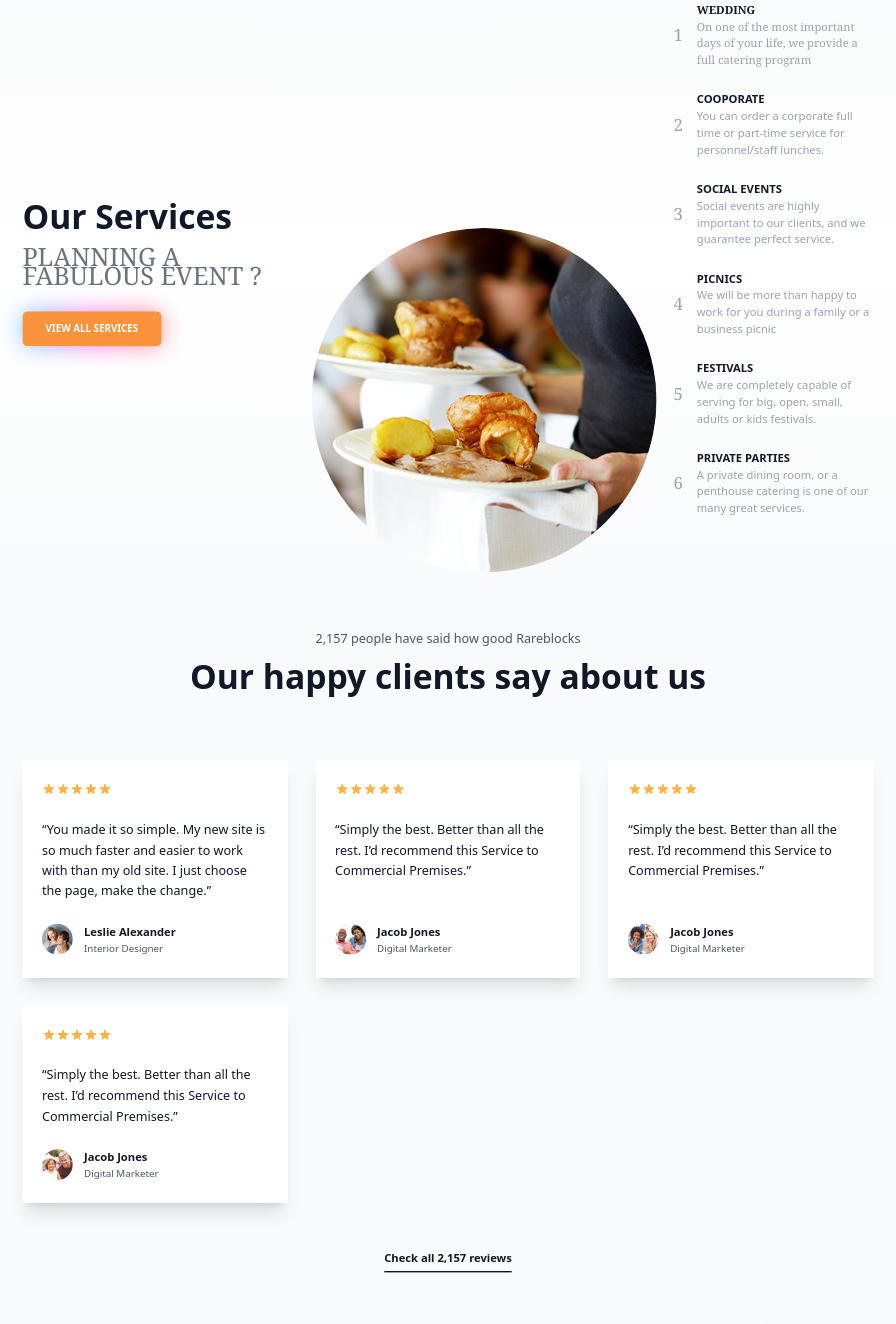
Repository: remydev47/Catering
Page: /
These files come from the project's save history. The page is drawn as it stood at one moment and after the next save; the edit follows.
The browser window is 1280 px wide. The pictures show the part of the page from y = 3284 to 5204 px (the page is 5175 px tall before and 5204 px after), at 70% of full size.
The project was rebuilt for these pictures with package versions that can differ from the ones it lists, and the page was loaded fresh each time. The framework's server and built-in components were replaced by stand-ins that run in the browser. Also part of the build but not shown: next.config.js.

Above is the page before, as saved 2022-12-09 14:19:58.

### pages/_app.tsx
import '../styles/globals.css'
import type { AppProps } from 'next/app'
import Navbar from '../components/Navbar'

export default function App({ Component, pageProps }: AppProps) {
  return (
   <>
     <Navbar />
     <Component {...pageProps} />
   </>
  )
}

### components/Testimonials.tsx
import React from 'react'

const Testimonials = () => {
  return (
    <section className="py-12 bg-gray-50 sm:py-16 lg:py-20">
    <div className="px-4 mx-auto max-w-7xl sm:px-6 lg:px-8">
        <div className="flex flex-col items-center">
            <div className="text-center">
                <p className="text-lg font-medium text-gray-600 font-pj">2,157 people have said how good Rareblocks</p>
                <h2 className="mt-4 text-3xl font-bold text-gray-900 sm:text-4xl xl:text-5xl font-pj">Our happy clients say about us</h2>
            </div>

            <div className="mt-8 text-center md:mt-16 md:order-3">
                <a href="#" title="" className="pb-2 text-base font-bold leading-7 text-gray-900 transition-all duration-200 border-b-2 border-gray-900 hover:border-gray-600 font-pj focus:outline-none focus:ring-1 focus:ring-gray-900 focus:ring-offset-2 hover:text-gray-600"> Check all 2,157 reviews </a>
            </div>

            <div className="relative mt-10 md:mt-24 md:order-2">
                <div className="absolute -inset-x-1 inset-y-16 md:-inset-x-2 md:-inset-y-6">
                    <div className="w-full h-full max-w-5xl mx-auto rounded-3xl opacity-30 blur-lg filter"></div>
                </div>


                <div className="relative grid max-w-lg grid-cols-1 gap-6 mx-auto md:max-w-none lg:gap-10 md:grid-cols-3">
                    <div className="flex flex-col overflow-hidden shadow-xl">
                        <div className="flex flex-col justify-between flex-1 p-6 bg-white lg:py-8 lg:px-7">
                            <div className="flex-1">
                                <div className="flex items-center">
                                    <svg className="w-5 h-5 text-[#FDB241]" xmlns="http://www.w3.org/2000/svg" viewBox="0 0 20 20" fill="currentColor">
                                        <path
                                            d="M9.049 2.927c.3-.921 1.603-.921 1.902 0l1.07 3.292a1 1 0 00.95.69h3.462c.969 0 1.371 1.24.588 1.81l-2.8 2.034a1 1 0 00-.364 1.118l1.07 3.292c.3.921-.755 1.688-1.54 1.118l-2.8-2.034a1 1 0 00-1.175 0l-2.8 2.034c-.784.57-1.838-.197-1.539-1.118l1.07-3.292a1 1 0 00-.364-1.118L2.98 8.72c-.783-.57-.38-1.81.588-1.81h3.461a1 1 0 00.951-.69l1.07-3.292z"
                                        />
                                    </svg>
                                    <svg className="w-5 h-5 text-[#FDB241]" xmlns="http://www.w3.org/2000/svg" viewBox="0 0 20 20" fill="currentColor">
                                        <path
                                            d="M9.049 2.927c.3-.921 1.603-.921 1.902 0l1.07 3.292a1 1 0 00.95.69h3.462c.969 0 1.371 1.24.588 1.81l-2.8 2.034a1 1 0 00-.364 1.118l1.07 3.292c.3.921-.755 1.688-1.54 1.118l-2.8-2.034a1 1 0 00-1.175 0l-2.8 2.034c-.784.57-1.838-.197-1.539-1.118l1.07-3.292a1 1 0 00-.364-1.118L2.98 8.72c-.783-.57-.38-1.81.588-1.81h3.461a1 1 0 00.951-.69l1.07-3.292z"
                                        />
                                    </svg>
                                    <svg className="w-5 h-5 text-[#FDB241]" xmlns="http://www.w3.org/2000/svg" viewBox="0 0 20 20" fill="currentColor">
                                        <path
                                            d="M9.049 2.927c.3-.921 1.603-.921 1.902 0l1.07 3.292a1 1 0 00.95.69h3.462c.969 0 1.371 1.24.588 1.81l-2.8 2.034a1 1 0 00-.364 1.118l1.07 3.292c.3.921-.755 1.688-1.54 1.118l-2.8-2.034a1 1 0 00-1.175 0l-2.8 2.034c-.784.57-1.838-.197-1.539-1.118l1.07-3.292a1 1 0 00-.364-1.118L2.98 8.72c-.783-.57-.38-1.81.588-1.81h3.461a1 1 0 00.951-.69l1.07-3.292z"
                                        />
                                    </svg>
                                    <svg className="w-5 h-5 text-[#FDB241]" xmlns="http://www.w3.org/2000/svg" viewBox="0 0 20 20" fill="currentColor">
                                        <path
                                            d="M9.049 2.927c.3-.921 1.603-.921 1.902 0l1.07 3.292a1 1 0 00.95.69h3.462c.969 0 1.371 1.24.588 1.81l-2.8 2.034a1 1 0 00-.364 1.118l1.07 3.292c.3.921-.755 1.688-1.54 1.118l-2.8-2.034a1 1 0 00-1.175 0l-2.8 2.034c-.784.57-1.838-.197-1.539-1.118l1.07-3.292a1 1 0 00-.364-1.118L2.98 8.72c-.783-.57-.38-1.81.588-1.81h3.461a1 1 0 00.951-.69l1.07-3.292z"
                                        />
                                    </svg>
                                    <svg className="w-5 h-5 text-[#FDB241]" xmlns="http://www.w3.org/2000/svg" viewBox="0 0 20 20" fill="currentColor">
                                        <path
                                            d="M9.049 2.927c.3-.921 1.603-.921 1.902 0l1.07 3.292a1 1 0 00.95.69h3.462c.969 0 1.371 1.24.588 1.81l-2.8 2.034a1 1 0 00-.364 1.118l1.07 3.292c.3.921-.755 1.688-1.54 1.118l-2.8-2.034a1 1 0 00-1.175 0l-2.8 2.034c-.784.57-1.838-.197-1.539-1.118l1.07-3.292a1 1 0 00-.364-1.118L2.98 8.72c-.783-.57-.38-1.81.588-1.81h3.461a1 1 0 00.951-.69l1.07-3.292z"
                                        />
                                    </svg>
                                </div>

                                <blockquote className="flex-1 mt-8">
                                    <p className="text-lg leading-relaxed text-gray-900 font-pj">“You made it so simple. My new site is so much faster and easier to work with than my old site. I just choose the page, make the change.”</p>
                                </blockquote>
                            </div>

                            <div className="flex items-center mt-8">
                                <img className="flex-shrink-0 object-cover rounded-full w-11 h-11" src="/images/test1.jpg" alt="" />
                                <div className="ml-4">
                                    <p className="text-base font-bold text-gray-900 font-pj">Leslie Alexander</p>
                                    <p className="mt-0.5 text-sm font-pj text-gray-600">Interior Designer</p>
                                </div>
                            </div>
                        </div>
                    </div>

                    <div className="flex flex-col overflow-hidden shadow-xl">
                        <div className="flex flex-col justify-between flex-1 p-6 bg-white lg:py-8 lg:px-7">
                            <div className="flex-1">
                                <div className="flex items-center">
                                    <svg className="w-5 h-5 text-[#FDB241]" xmlns="http://www.w3.org/2000/svg" viewBox="0 0 20 20" fill="currentColor">
                                        <path
                                            d="M9.049 2.927c.3-.921 1.603-.921 1.902 0l1.07 3.292a1 1 0 00.95.69h3.462c.969 0 1.371 1.24.588 1.81l-2.8 2.034a1 1 0 00-.364 1.118l1.07 3.292c.3.921-.755 1.688-1.54 1.118l-2.8-2.034a1 1 0 00-1.175 0l-2.8 2.034c-.784.57-1.838-.197-1.539-1.118l1.07-3.292a1 1 0 00-.364-1.118L2.98 8.72c-.783-.57-.38-1.81.588-1.81h3.461a1 1 0 00.951-.69l1.07-3.292z"
                                        />
                                    </svg>
                                    <svg className="w-5 h-5 text-[#FDB241]" xmlns="http://www.w3.org/2000/svg" viewBox="0 0 20 20" fill="currentColor">
                                        <path
                                            d="M9.049 2.927c.3-.921 1.603-.921 1.902 0l1.07 3.292a1 1 0 00.95.69h3.462c.969 0 1.371 1.24.588 1.81l-2.8 2.034a1 1 0 00-.364 1.118l1.07 3.292c.3.921-.755 1.688-1.54 1.118l-2.8-2.034a1 1 0 00-1.175 0l-2.8 2.034c-.784.57-1.838-.197-1.539-1.118l1.07-3.292a1 1 0 00-.364-1.118L2.98 8.72c-.783-.57-.38-1.81.588-1.81h3.461a1 1 0 00.951-.69l1.07-3.292z"
                                        />
                                    </svg>
                                    <svg className="w-5 h-5 text-[#FDB241]" xmlns="http://www.w3.org/2000/svg" viewBox="0 0 20 20" fill="currentColor">
                                        <path
                                            d="M9.049 2.927c.3-.921 1.603-.921 1.902 0l1.07 3.292a1 1 0 00.95.69h3.462c.969 0 1.371 1.24.588 1.81l-2.8 2.034a1 1 0 00-.364 1.118l1.07 3.292c.3.921-.755 1.688-1.54 1.118l-2.8-2.034a1 1 0 00-1.175 0l-2.8 2.034c-.784.57-1.838-.197-1.539-1.118l1.07-3.292a1 1 0 00-.364-1.118L2.98 8.72c-.783-.57-.38-1.81.588-1.81h3.461a1 1 0 00.951-.69l1.07-3.292z"
                                        />
                                    </svg>
                                    <svg className="w-5 h-5 text-[#FDB241]" xmlns="http://www.w3.org/2000/svg" viewBox="0 0 20 20" fill="currentColor">
                                        <path
                                            d="M9.049 2.927c.3-.921 1.603-.921 1.902 0l1.07 3.292a1 1 0 00.95.69h3.462c.969 0 1.371 1.24.588 1.81l-2.8 2.034a1 1 0 00-.364 1.118l1.07 3.292c.3.921-.755 1.688-1.54 1.118l-2.8-2.034a1 1 0 00-1.175 0l-2.8 2.034c-.784.57-1.838-.197-1.539-1.118l1.07-3.292a1 1 0 00-.364-1.118L2.98 8.72c-.783-.57-.38-1.81.588-1.81h3.461a1 1 0 00.951-.69l1.07-3.292z"
                                        />
                                    </svg>
                                    <svg className="w-5 h-5 text-[#FDB241]" xmlns="http://www.w3.org/2000/svg" viewBox="0 0 20 20" fill="currentColor">
                                        <path
                                            d="M9.049 2.927c.3-.921 1.603-.921 1.902 0l1.07 3.292a1 1 0 00.95.69h3.462c.969 0 1.371 1.24.588 1.81l-2.8 2.034a1 1 0 00-.364 1.118l1.07 3.292c.3.921-.755 1.688-1.54 1.118l-2.8-2.034a1 1 0 00-1.175 0l-2.8 2.034c-.784.57-1.838-.197-1.539-1.118l1.07-3.292a1 1 0 00-.364-1.118L2.98 8.72c-.783-.57-.38-1.81.588-1.81h3.461a1 1 0 00.951-.69l1.07-3.292z"
                                        />
                                    </svg>
                                </div>

                                <h1 className="flex-1 mt-8">
                                    <p className="text-lg leading-relaxed text-gray-900 font-pj">“Simply the best. Better than all the rest. I’d recommend this Service to Commercial Premises.”</p>
                                </h1>
                            </div>

                            <div className="flex items-center mt-8">
                                <img className="flex-shrink-0 object-cover rounded-full w-11 h-11" src="/images/test2.jpg" alt="" />
                                <div className="ml-4">
                                    <p className="text-base font-bold text-gray-900 font-pj">Jacob Jones</p>
                                    <p className="mt-0.5 text-sm font-pj text-gray-600">Digital Marketer</p>
                                </div>
                            </div>
                        </div>
                    </div>

                    <div className="flex flex-col overflow-hidden shadow-xl">
                        <div className="flex flex-col justify-between flex-1 p-6 bg-white lg:py-8 lg:px-7">
                            <div className="flex-1">
                                <div className="flex items-center">
                                    <svg className="w-5 h-5 text-[#FDB241]" xmlns="http://www.w3.org/2000/svg" viewBox="0 0 20 20" fill="currentColor">
                                        <path
                                            d="M9.049 2.927c.3-.921 1.603-.921 1.902 0l1.07 3.292a1 1 0 00.95.69h3.462c.969 0 1.371 1.24.588 1.81l-2.8 2.034a1 1 0 00-.364 1.118l1.07 3.292c.3.921-.755 1.688-1.54 1.118l-2.8-2.034a1 1 0 00-1.175 0l-2.8 2.034c-.784.57-1.838-.197-1.539-1.118l1.07-3.292a1 1 0 00-.364-1.118L2.98 8.72c-.783-.57-.38-1.81.588-1.81h3.461a1 1 0 00.951-.69l1.07-3.292z"
                                        />
                                    </svg>
                                    <svg className="w-5 h-5 text-[#FDB241]" xmlns="http://www.w3.org/2000/svg" viewBox="0 0 20 20" fill="currentColor">
                                        <path
                                            d="M9.049 2.927c.3-.921 1.603-.921 1.902 0l1.07 3.292a1 1 0 00.95.69h3.462c.969 0 1.371 1.24.588 1.81l-2.8 2.034a1 1 0 00-.364 1.118l1.07 3.292c.3.921-.755 1.688-1.54 1.118l-2.8-2.034a1 1 0 00-1.175 0l-2.8 2.034c-.784.57-1.838-.197-1.539-1.118l1.07-3.292a1 1 0 00-.364-1.118L2.98 8.72c-.783-.57-.38-1.81.588-1.81h3.461a1 1 0 00.951-.69l1.07-3.292z"
                                        />
                                    </svg>
                                    <svg className="w-5 h-5 text-[#FDB241]" xmlns="http://www.w3.org/2000/svg" viewBox="0 0 20 20" fill="currentColor">
                                        <path
                                            d="M9.049 2.927c.3-.921 1.603-.921 1.902 0l1.07 3.292a1 1 0 00.95.69h3.462c.969 0 1.371 1.24.588 1.81l-2.8 2.034a1 1 0 00-.364 1.118l1.07 3.292c.3.921-.755 1.688-1.54 1.118l-2.8-2.034a1 1 0 00-1.175 0l-2.8 2.034c-.784.57-1.838-.197-1.539-1.118l1.07-3.292a1 1 0 00-.364-1.118L2.98 8.72c-.783-.57-.38-1.81.588-1.81h3.461a1 1 0 00.951-.69l1.07-3.292z"
                                        />
                                    </svg>
                                    <svg className="w-5 h-5 text-[#FDB241]" xmlns="http://www.w3.org/2000/svg" viewBox="0 0 20 20" fill="currentColor">
                                        <path
                                            d="M9.049 2.927c.3-.921 1.603-.921 1.902 0l1.07 3.292a1 1 0 00.95.69h3.462c.969 0 1.371 1.24.588 1.81l-2.8 2.034a1 1 0 00-.364 1.118l1.07 3.292c.3.921-.755 1.688-1.54 1.118l-2.8-2.034a1 1 0 00-1.175 0l-2.8 2.034c-.784.57-1.838-.197-1.539-1.118l1.07-3.292a1 1 0 00-.364-1.118L2.98 8.72c-.783-.57-.38-1.81.588-1.81h3.461a1 1 0 00.951-.69l1.07-3.292z"
                                        />
                                    </svg>
                                    <svg className="w-5 h-5 text-[#FDB241]" xmlns="http://www.w3.org/2000/svg" viewBox="0 0 20 20" fill="currentColor">
                                        <path
                                            d="M9.049 2.927c.3-.921 1.603-.921 1.902 0l1.07 3.292a1 1 0 00.95.69h3.462c.969 0 1.371 1.24.588 1.81l-2.8 2.034a1 1 0 00-.364 1.118l1.07 3.292c.3.921-.755 1.688-1.54 1.118l-2.8-2.034a1 1 0 00-1.175 0l-2.8 2.034c-.784.57-1.838-.197-1.539-1.118l1.07-3.292a1 1 0 00-.364-1.118L2.98 8.72c-.783-.57-.38-1.81.588-1.81h3.461a1 1 0 00.951-.69l1.07-3.292z"
                                        />
                                    </svg>
                                </div>

                                <h1 className="flex-1 mt-8">
                                    <p className="text-lg leading-relaxed text-gray-900 font-pj">“Simply the best. Better than all the rest. I’d recommend this Service to Commercial Premises.”</p>
                                </h1>
                            </div>

                            <div className="flex items-center mt-8">
                                <img className="flex-shrink-0 object-cover rounded-full w-11 h-11" src="/images/test4.jpg" alt="" />
                                <div className="ml-4">
                                    <p className="text-base font-bold text-gray-900 font-pj">Jacob Jones</p>
                                    <p className="mt-0.5 text-sm font-pj text-gray-600">Digital Marketer</p>
                                </div>
                            </div>
                        </div>
                    </div>


                    <div className="flex flex-col overflow-hidden shadow-xl">
                        <div className="flex flex-col justify-between flex-1 p-6 bg-white lg:py-8 lg:px-7">
                            <div className="flex-1">
                                <div className="flex items-center">
                                    <svg className="w-5 h-5 text-[#FDB241]" xmlns="http://www.w3.org/2000/svg" viewBox="0 0 20 20" fill="currentColor">
                                        <path
                                            d="M9.049 2.927c.3-.921 1.603-.921 1.902 0l1.07 3.292a1 1 0 00.95.69h3.462c.969 0 1.371 1.24.588 1.81l-2.8 2.034a1 1 0 00-.364 1.118l1.07 3.292c.3.921-.755 1.688-1.54 1.118l-2.8-2.034a1 1 0 00-1.175 0l-2.8 2.034c-.784.57-1.838-.197-1.539-1.118l1.07-3.292a1 1 0 00-.364-1.118L2.98 8.72c-.783-.57-.38-1.81.588-1.81h3.461a1 1 0 00.951-.69l1.07-3.292z"
                                        />
                                    </svg>
                                    <svg className="w-5 h-5 text-[#FDB241]" xmlns="http://www.w3.org/2000/svg" viewBox="0 0 20 20" fill="currentColor">
                                        <path
                                            d="M9.049 2.927c.3-.921 1.603-.921 1.902 0l1.07 3.292a1 1 0 00.95.69h3.462c.969 0 1.371 1.24.588 1.81l-2.8 2.034a1 1 0 00-.364 1.118l1.07 3.292c.3.921-.755 1.688-1.54 1.118l-2.8-2.034a1 1 0 00-1.175 0l-2.8 2.034c-.784.57-1.838-.197-1.539-1.118l1.07-3.292a1 1 0 00-.364-1.118L2.98 8.72c-.783-.57-.38-1.81.588-1.81h3.461a1 1 0 00.951-.69l1.07-3.292z"
                                        />
                                    </svg>
                                    <svg className="w-5 h-5 text-[#FDB241]" xmlns="http://www.w3.org/2000/svg" viewBox="0 0 20 20" fill="currentColor">
                                        <path
                                            d="M9.049 2.927c.3-.921 1.603-.921 1.902 0l1.07 3.292a1 1 0 00.95.69h3.462c.969 0 1.371 1.24.588 1.81l-2.8 2.034a1 1 0 00-.364 1.118l1.07 3.292c.3.921-.755 1.688-1.54 1.118l-2.8-2.034a1 1 0 00-1.175 0l-2.8 2.034c-.784.57-1.838-.197-1.539-1.118l1.07-3.292a1 1 0 00-.364-1.118L2.98 8.72c-.783-.57-.38-1.81.588-1.81h3.461a1 1 0 00.951-.69l1.07-3.292z"
                                        />
                                    </svg>
                                    <svg className="w-5 h-5 text-[#FDB241]" xmlns="http://www.w3.org/2000/svg" viewBox="0 0 20 20" fill="currentColor">
                                        <path
                                            d="M9.049 2.927c.3-.921 1.603-.921 1.902 0l1.07 3.292a1 1 0 00.95.69h3.462c.969 0 1.371 1.24.588 1.81l-2.8 2.034a1 1 0 00-.364 1.118l1.07 3.292c.3.921-.755 1.688-1.54 1.118l-2.8-2.034a1 1 0 00-1.175 0l-2.8 2.034c-.784.57-1.838-.197-1.539-1.118l1.07-3.292a1 1 0 00-.364-1.118L2.98 8.72c-.783-.57-.38-1.81.588-1.81h3.461a1 1 0 00.951-.69l1.07-3.292z"
                                        />
                                    </svg>
                                    <svg className="w-5 h-5 text-[#FDB241]" xmlns="http://www.w3.org/2000/svg" viewBox="0 0 20 20" fill="currentColor">
                                        <path
                                            d="M9.049 2.927c.3-.921 1.603-.921 1.902 0l1.07 3.292a1 1 0 00.95.69h3.462c.969 0 1.371 1.24.588 1.81l-2.8 2.034a1 1 0 00-.364 1.118l1.07 3.292c.3.921-.755 1.688-1.54 1.118l-2.8-2.034a1 1 0 00-1.175 0l-2.8 2.034c-.784.57-1.838-.197-1.539-1.118l1.07-3.292a1 1 0 00-.364-1.118L2.98 8.72c-.783-.57-.38-1.81.588-1.81h3.461a1 1 0 00.951-.69l1.07-3.292z"
                                        />
                                    </svg>
                                </div>

                                <h1 className="flex-1 mt-8">
                                    <p className="text-lg leading-relaxed text-gray-900 font-pj">“Simply the best. Better than all the rest. I’d recommend this Service to Commercial Premises.”</p>
                                </h1>
                            </div>

                            <div className="flex items-center mt-8">
                                <img className="flex-shrink-0 object-cover rounded-full w-11 h-11" src="/images/test3.jpg" alt="" />
                                <div className="ml-4">
                                    <p className="text-base font-bold text-gray-900 font-pj">Jacob Jones</p>
                                    <p className="mt-0.5 text-sm font-pj text-gray-600">Digital Marketer</p>
                                </div>
                            </div>
                        </div>
                    </div>

                </div>
            </div>
        </div>
    </div>
  </section>
  )
}

export default Testimonials

### constants/index.ts
export const navLinks =[
    {
        id:"aboutus",
        title:"About Us",
    },
    {
        id:"store",
        title:"Store",
    },
    {
        id:"gallery",
        title:"Gallery",
    },
    {
        id:"appointments",
        title:"Appointment",
    },
    {
        id:"blog",
        title:"Blog",
    },
    {
        id:"contacts",
        title:"Contacts",
    }
]

### components/Logo.tsx
import React from 'react'
import Image from 'next/image'

const Logo = () => {
  return (
    <div>
        <Image
          src='/images/logo.png'
          alt='royal-events'
          height={80}
          width={150}
        />
    </div>
  )
}

export default Logo

Loaded but not shown: styles/globals.css (common file); tailwind.config.js (common file); components/Services.tsx (132 lines, source omitted); components/Button.tsx (181 lines, source omitted); components/Menupopover.tsx (112 lines, source omitted); components/CTA.tsx (50 lines, source omitted); components/Menu.tsx (63 lines, source omitted); components/Aboutus.tsx (34 lines, source omitted); components/Navbar.tsx (39 lines, source omitted); components/Hero.tsx (27 lines, source omitted); pages/index.tsx (25 lines, source omitted)

After the next save:
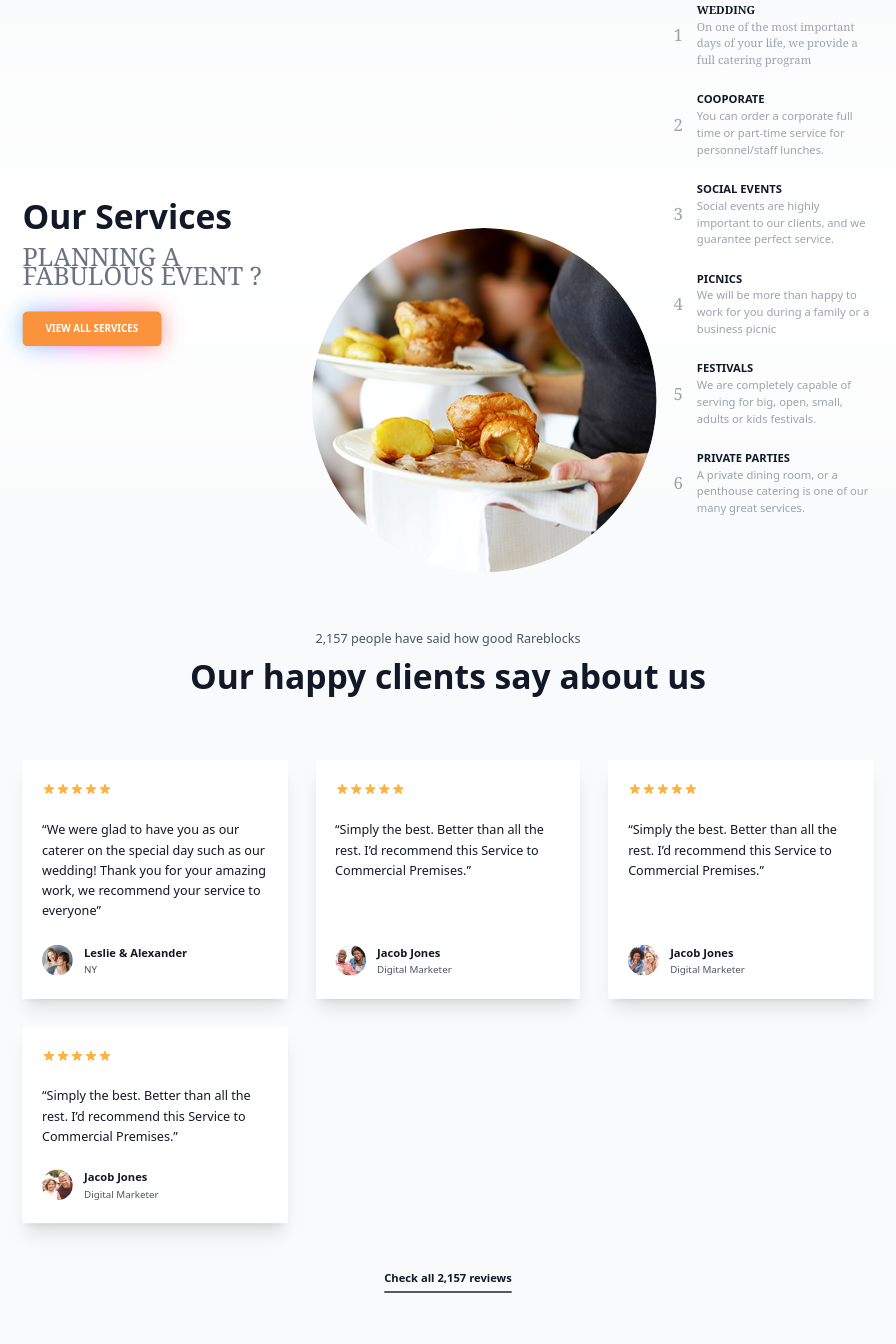
Saved 91 s later.
--- a/components/Testimonials.tsx
+++ b/components/Testimonials.tsx
@@ -53,15 +53,15 @@ const Testimonials = () => {
                                 </div>
 
                                 <blockquote className="flex-1 mt-8">
-                                    <p className="text-lg leading-relaxed text-gray-900 font-pj">“You made it so simple. My new site is so much faster and easier to work with than my old site. I just choose the page, make the change.”</p>
+                                    <p className="text-lg leading-relaxed text-gray-900 font-pj">“We were glad to have you as our caterer on the special day such as our wedding! Thank you for your amazing work, we recommend your service to everyone”</p>
                                 </blockquote>
                             </div>
 
                             <div className="flex items-center mt-8">
                                 <img className="flex-shrink-0 object-cover rounded-full w-11 h-11" src="/images/test1.jpg" alt="" />
                                 <div className="ml-4">
-                                    <p className="text-base font-bold text-gray-900 font-pj">Leslie Alexander</p>
-                                    <p className="mt-0.5 text-sm font-pj text-gray-600">Interior Designer</p>
+                                    <p className="text-base font-bold text-gray-900 font-pj">Leslie & Alexander</p>
+                                    <p className="mt-0.5 text-sm font-pj text-gray-600">NY</p>
                                 </div>
                             </div>
                         </div>
